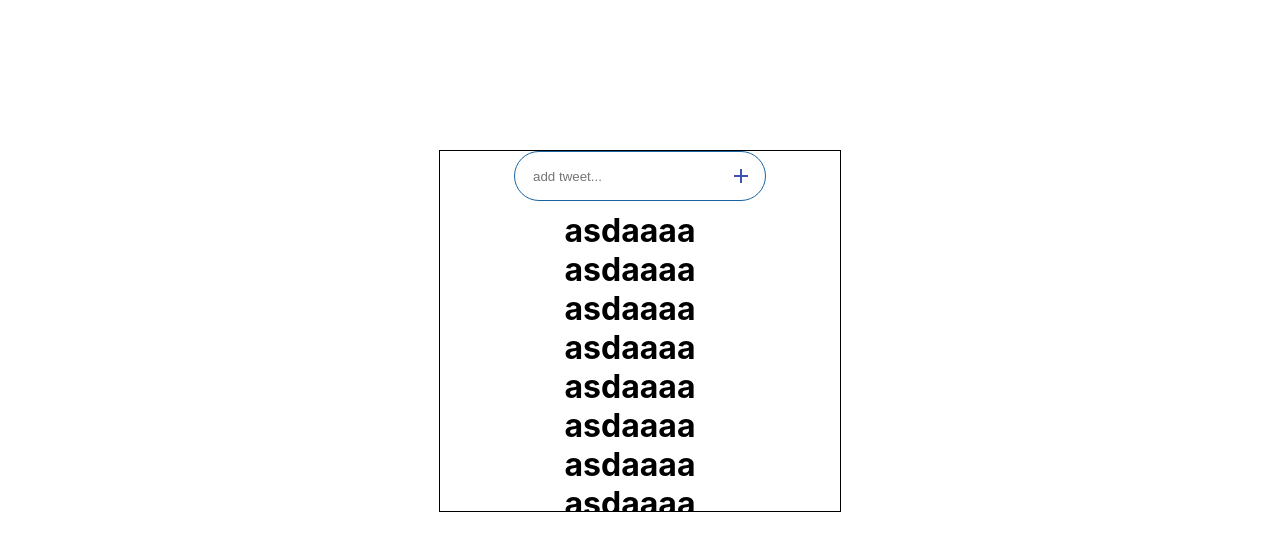
Repository: ehabmelhem/FullStack_Tweetapp
Page: /tweet (app in tweet-app-demo/)
These files come from the project's save history. The page is drawn as it stood at one moment and after the next save; the edit follows.
The browser window is 1280 px wide. The pictures show the whole page.
The project was rebuilt for these pictures with package versions that can differ from the ones it lists, and the page was loaded fresh each time. A package was used in the major version that the imports need, not the one package.json lists. Also part of the build but not shown: tweet-app-demo/src/Componets/Gotweet.js, tweet-app-demo/src/Componets/Login.css, tweet-app-demo/src/Componets/Login.js, tweet-app-demo/src/Componets/SignUp.css, tweet-app-demo/src/Componets/SignUp.js.

Above is the page before, as saved 2021-01-28 19:55:05.

### tweet-app-demo/src/App.js
import "./App.css";
import { useEffect, useState } from "react";
import { BrowserRouter as Router, Switch, Route, Link } from "react-router-dom";
import Login from "./Componets/Login";
import SignUp from "./Componets/SignUp";
import Tweet from "./Componets/Tweet";

function App() {
  return (
    <Router>
      <div className="app">
        <Switch>
          <Route path="/tweet">
            <Tweet />
          </Route>
          <Route path="/login">
            <Login />
          </Route>
          <Route path="/signup">
            <SignUp />
          </Route>
          <Route path="/">
            <Link to="/login">
              <button>Login</button>
            </Link>
            <Link to="/signup">
              <button>SignUp</button>
            </Link>
          </Route>
        </Switch>
      </div>
    </Router>
  );
}

export default App;

### tweet-app-demo/src/App.css
.app {
  position: relative;
  top: 150px;
  width: fit-content;
  margin: 0 auto;
}

### tweet-app-demo/src/Componets/Tweet.js
import React from "react";
import "./Tweet.css";
import IconButton from "@material-ui/core/IconButton";
import AddIcon from "@material-ui/icons/Add";
function Tweet() {
  return (
    <div className="tweet">
      <form className="tweet__form">
        <input placeholder="add tweet..." type="text" name="" id="" />
        <IconButton color="primary">
          <AddIcon />
        </IconButton>
      </form>
      <div className="container">
        <h1>asdaaaa</h1>
        <h1>asdaaaa</h1>
        <h1>asdaaaa</h1>
        <h1>asdaaaa</h1>
        <h1>asdaaaa</h1>
        <h1>asdaaaa</h1>
        <h1>asdaaaa</h1>
        <h1>asdaaaa</h1>
        <h1>asdaaaa</h1>
        <h1>asdaaaa</h1>
        <h1>asdaaaa</h1>
        <h1>asdaaaa</h1>
        <h1>asdaaaa</h1>
        <h1>asdaaaa</h1>
        <h1>asdaaaa</h1>
        <h1>asdaaaa</h1>
        <h1>asdaaaa</h1>
        <h1>asdaaaa</h1>
        <h1>asdaaaa</h1>
        <h1>asdaaaa</h1>
        <h1>asdaaaa</h1>
        <h1>asdaaaa</h1>
        <h1>asdaaaa</h1>
        <h1>asdaaaa</h1>
        <h1>asdaaaa</h1>
        <h1>asdaaaa</h1>
        <h1>asdaaaa</h1>
        <h1>asdaaaa</h1>
        <h1>asdaaaa</h1>
        <h1>asdaaaa</h1>
        <h1>asdaaaa</h1>
        <h1>asdaaaa</h1>
        <h1>asdaaaa</h1>
        <h1>asdaaaa</h1>
        <h1>asdaaaa</h1>
        <h1>asdaaaa</h1>
        <h1>asdaaaa</h1>
        <h1>asdaaaa</h1>
        <h1>asdaaaa</h1>
        <h1>asdaaaa</h1>
        <h1>asdaaaa</h1>
        <h1>asdaaaa</h1>
        <h1>asdaaaa</h1>
        <h1>asdaaaa</h1>
        <h1>asdaaaa</h1>
      </div>
    </div>
  );
}

export default Tweet;

### tweet-app-demo/src/Componets/Tweet.css
.tweet__form {
  margin: 0 auto;
  width: fit-content;
  display: flex;
  align-items: center;
  border: 1px solid rgb(23, 99, 161);
  border-radius: 999px;
}
.tweet__form > input {
  margin-left: 11px;
  padding: 7px;
  outline: none;
  border: none;
}
.tweet {
  width: 400px;
  border: 1px solid black;
}
/* Hide scrollbar for Chrome, Safari and Opera */
.container::-webkit-scrollbar {
  width: 1em;
}

.container::-webkit-scrollbar-track {
  box-shadow: inset 0 0 6px rgba(13, 132, 230, 0.76);
  border-radius: 999px;
}

.container::-webkit-scrollbar-thumb {
  background-color: rgb(37, 156, 235);
  border-radius: 999px;
}

.container {
  margin: 0 auto;
  margin-top: 10px;
  overflow: scroll;
  scroll-behavior: smooth;
  overflow-x: hidden; /* Hide horizontal scrollbar */
  height: 300px;
  width: fit-content;
  padding-right: 20px;
}

Loaded but not shown: tweet-app-demo/public/index.html (common file); tweet-app-demo/src/index.js (common file); tweet-app-demo/src/index.css (common file); tweet-app-demo/src/reportWebVitals.js (common file)

After the next save:
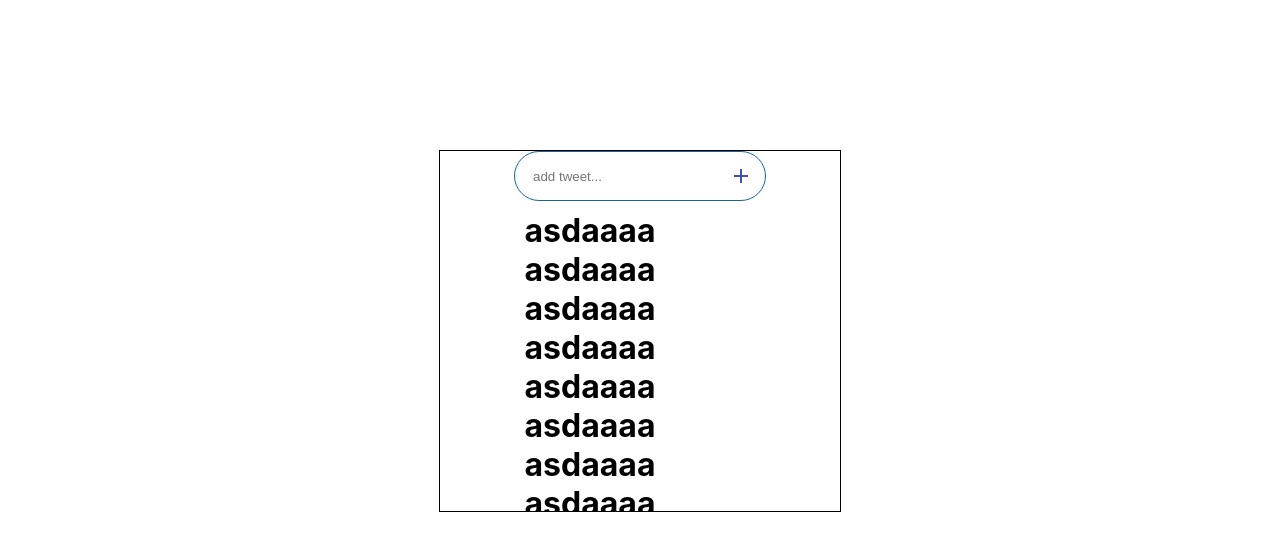
Saved 9 s later.
--- a/tweet-app-demo/src/Componets/Tweet.css
+++ b/tweet-app-demo/src/Componets/Tweet.css
@@ -39,5 +39,5 @@
   overflow-x: hidden; /* Hide horizontal scrollbar */
   height: 300px;
   width: fit-content;
-  padding-right: 20px;
+  padding-right: 100px;
 }
